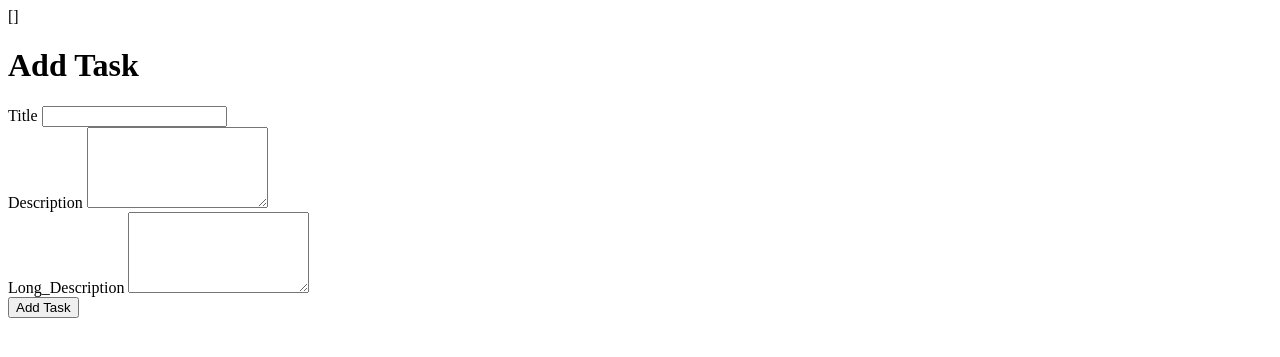
Repository: Haakim19/Laravel-Learn
Page: http://localhost/tasks/create
An editor plug-in stored every save of this project. The page is shown before and after the next save, followed by the edit.
The browser window is 1280 px wide. The pictures show the whole page.
The page is served by the project's Laravel application, run on PHP 8.4 with Laravel 12.

Above is the page before, as saved 2025-01-13 04:34:46.

After the next save:
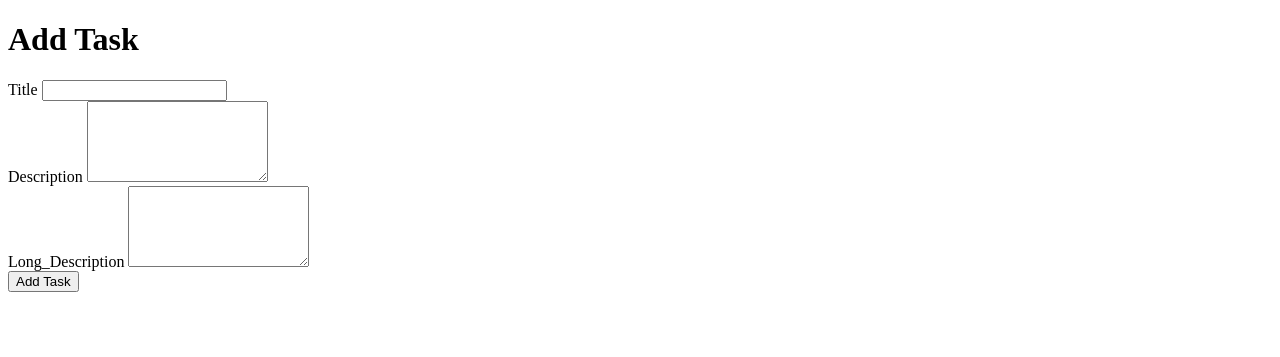
Saved 26 s later.
--- a/task-list/resources/views/create.blade.php
+++ b/task-list/resources/views/create.blade.php
@@ -1,7 +1,7 @@
 @extends('layouts.app')
 
 @section('title', 'Add Task')
-{{ $errors }}
+{{-- {{ $errors }} --}}
 @section('content')
     <form method="POST" action="{{ route('task.store') }}">
         {{-- using @csrf for authentication perpose like find out the
